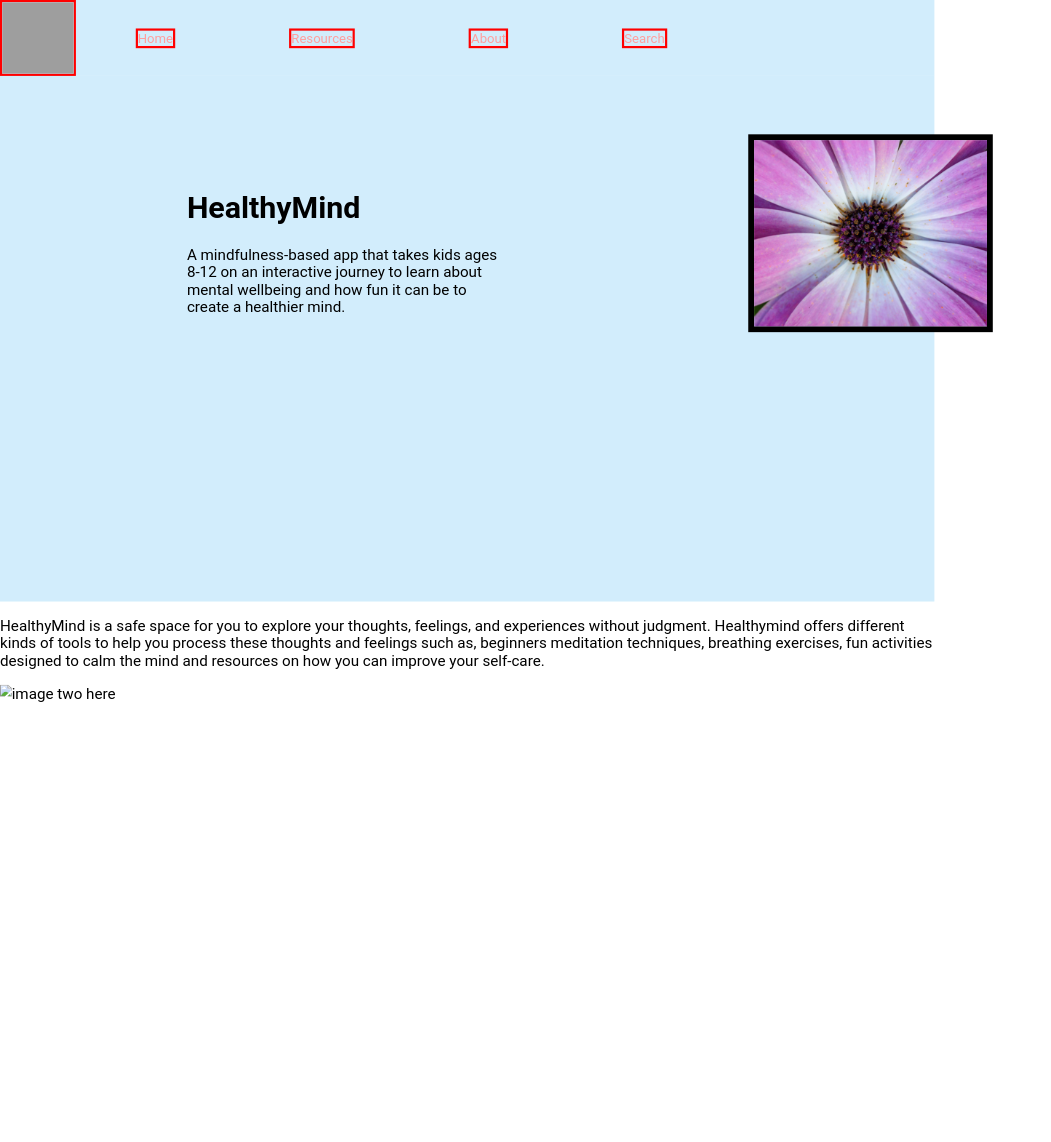
Repository: Nafisa-Huda/HealthierMind
Page: public/index.html
The author's editor kept a copy of each file at every save. The page is drawn from the files as they stood at one save, then again after the next save.
The browser window is 1280 px wide. The page is 1440 px wide, so the pictures cover 1440 px, including what lies to the right of the window. The pictures show the whole page, at 73% of full size.
Pictures or frames that could not be fetched are drawn as grey boxes.

Above is the page before, as saved 2022-07-11 16:13:45.

After the next save:
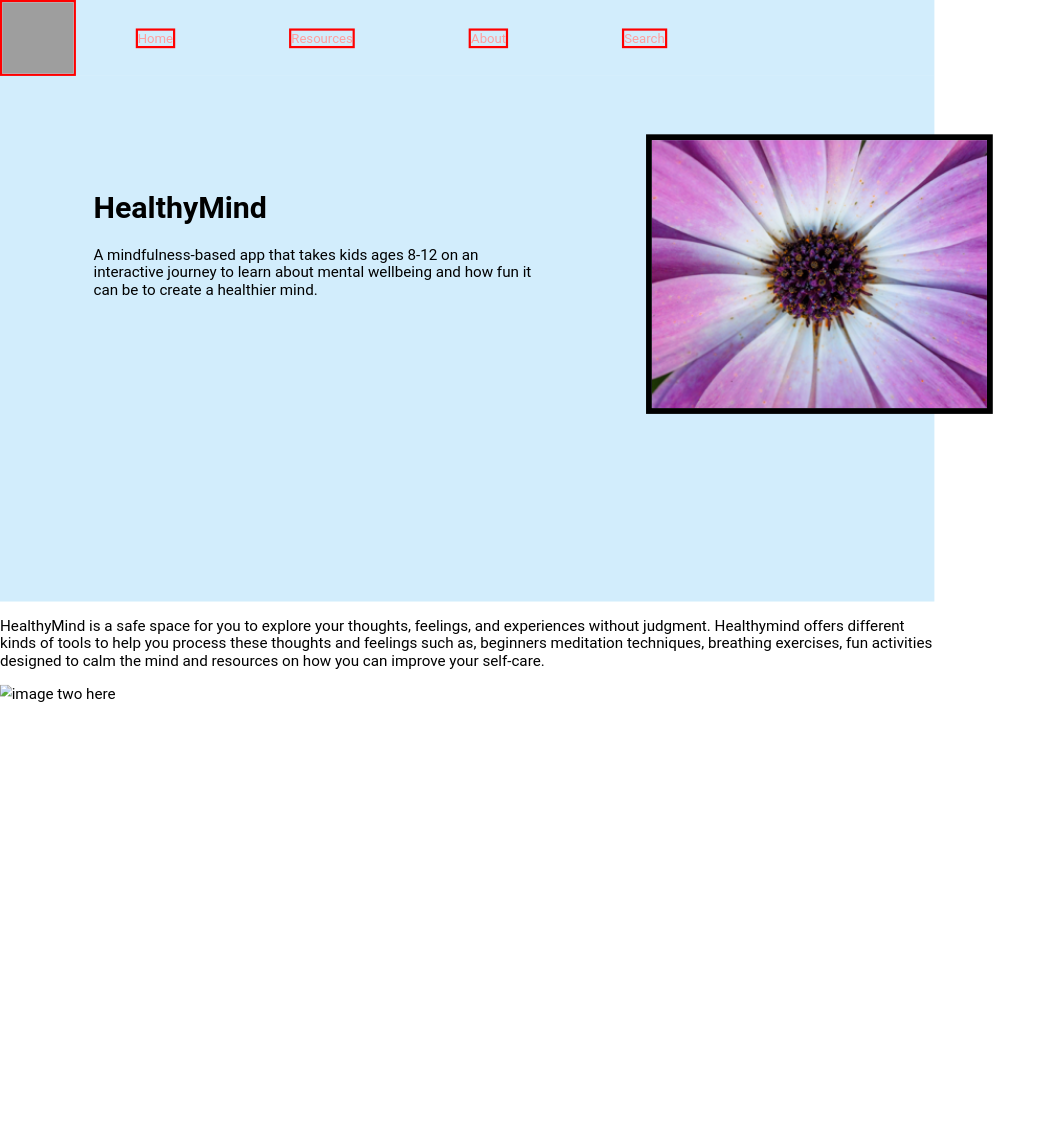
Saved 7 s later.
--- a/public/style.css
+++ b/public/style.css
@@ -50,7 +50,7 @@ header{
 }
   .hero__text{
     width: 50%;
-    margin: 8rem 16rem 4rem 16rem;
+    margin: 8rem 4rem 4rem 8rem;
   }
 .row {
     display: flex;
